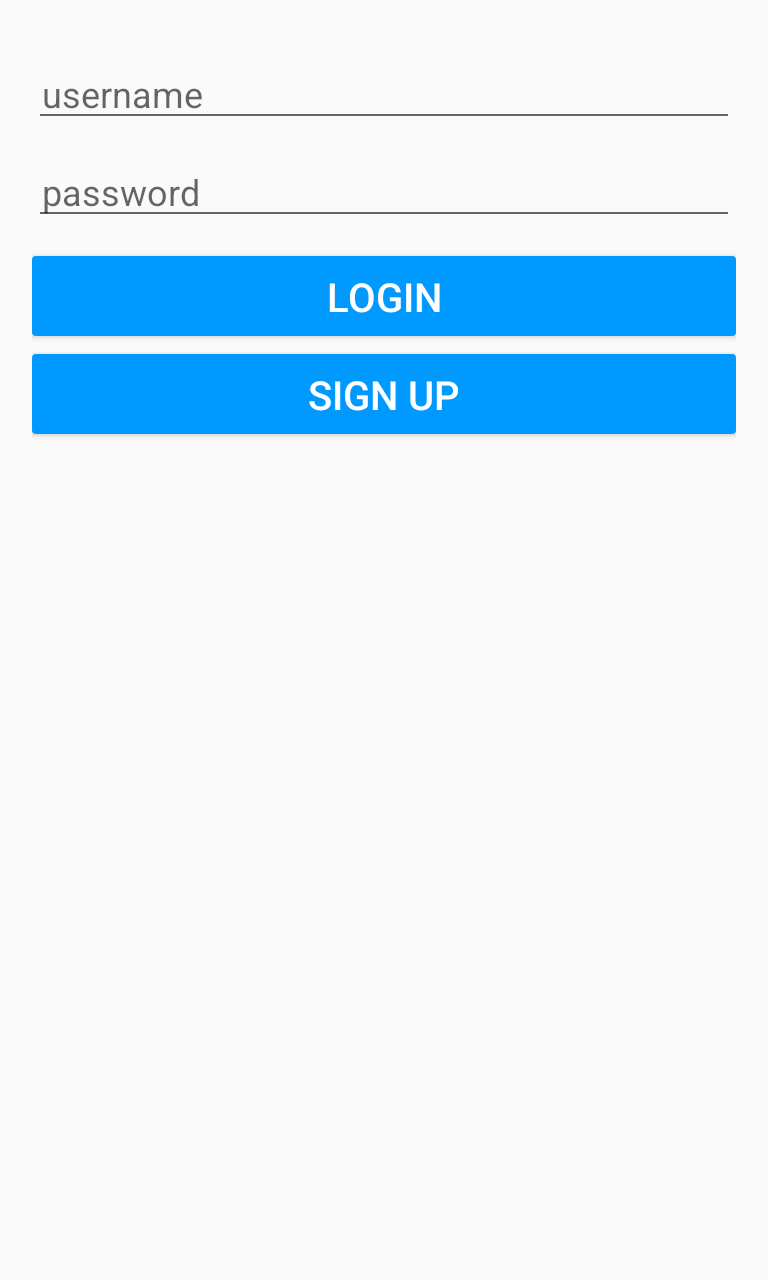
Repository: israelhill/Noteworthy
Layout: Noteworthy/res/layout/fragment_main.xml
An editor plug-in stored every save of this project. The layout is shown before and after the next save, followed by the edit.
It is drawn on a 768 x 1280 px phone screen (xhdpi) without system bars, with theme AppTheme; the app's code is not run.

Above is the layout before, as saved 2014-09-06 10:35:14.

After the next save:
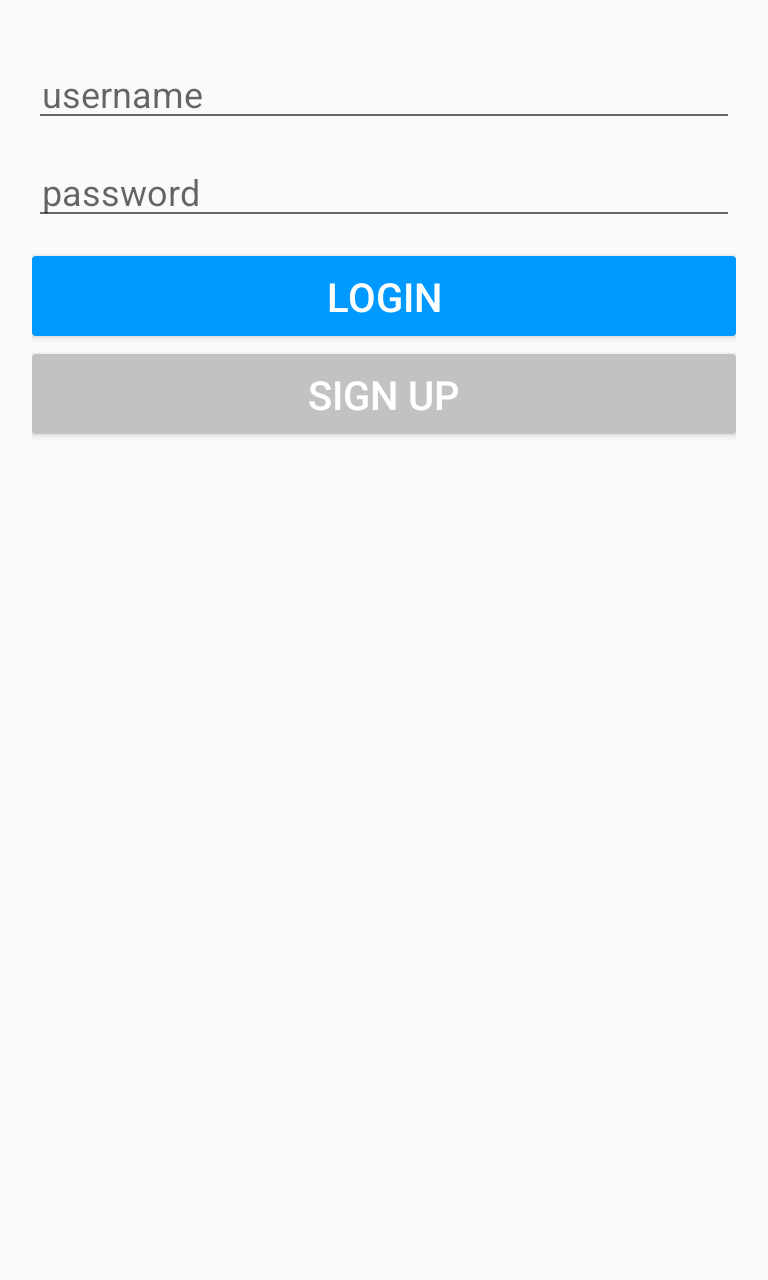
Saved 5 s later.
--- a/Noteworthy/res/drawable/signup_button.xml
+++ b/Noteworthy/res/drawable/signup_button.xml
@@ -5,6 +5,6 @@
     <corners
         android:radius="2dp"/>
     <solid
-        android:color="@color/blue"/>
+        android:color="@color/gray"/>
 
 </shape>
